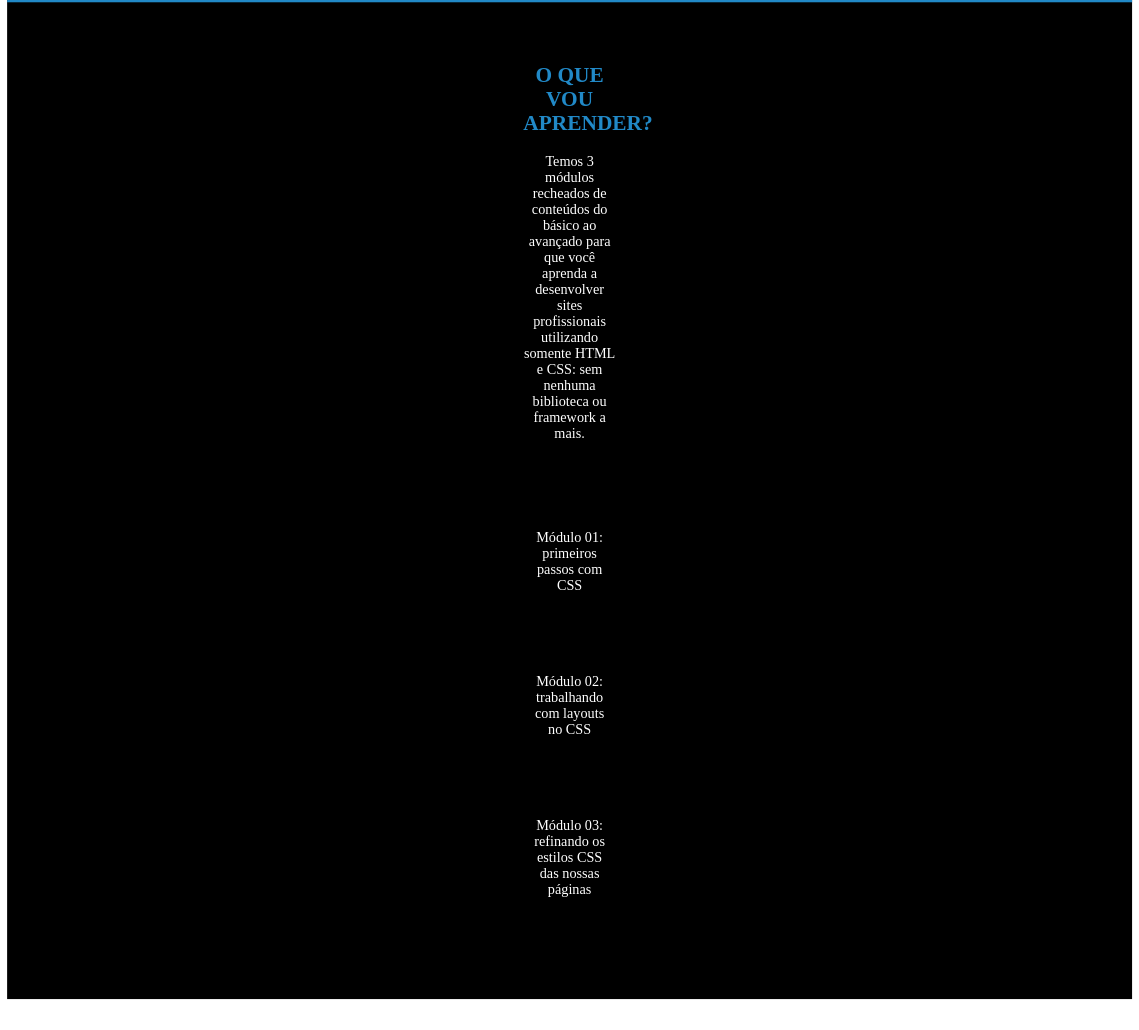
Repository: gustavotwist/trilha-css-desafio-01
Page: index.html
An editor plug-in stored every save of this project. The page is shown before and after the next save, followed by the edit.
The browser window is 1280 px wide. The pictures show the part of the page from y = 449 to 1606 px (the page is 2399 px tall before and 2741 px after), at 89% of full size.
A picture or video elsewhere on the page could not be fetched, so the positions and the page height are approximate.

Above is the page before, as saved 2024-07-15 18:50:59.

### index.html
<!DOCTYPE html>
<html lang="en">
<head>
  <meta charset="UTF-8">
  <meta http-equiv="X-UA-Compatible" content="IE=edge">
  <meta name="viewport" content="width=device-width, initial-scale=1.0">
  <title>Trilha de CSS - DIO</title>
  <link rel="stylesheet" href="global.css">
</head>
<body>
  <header class="banner">
    <div class="banner-content">
      <div class="logo">
        <img src="assets/images/logo.png" title="Logotipo Trilha de CSS DIO" alt="Logotipo Trilha de CSS DIO">
      </div>
      <h1>Trilha de CSS da DIO</h1>
      <p>A nova Trilha de CSS da DIO está disponível. Acesse já e aprenda do zero como desenvolver sites profissionais.</p>
      <button>Quero me inscrever</button>
    </div>
  </header>
  <main>
    <section id="course-content">
      <h2>O que vou aprender?</h2>
      <p>
        Temos 3 módulos recheados de conteúdos do básico ao avançado para que você aprenda a
        desenvolver sites profissionais utilizando somente HTML e CSS: sem nenhuma biblioteca ou framework a mais.
      </p>
      <div class="modules-list">
        <div class="module">
          <span>Módulo 01:</span> primeiros passos com CSS
        </div>
        <div class="module">
          <span>Módulo 02:</span> trabalhando com layouts no CSS
        </div>
        <div class="module">
          <span>Módulo 03:</span> refinando os estilos CSS das nossas páginas
        </div>
      </div>
    </section>
    <section id="transform-world">
      <p>TRANSFORME O MUNDO COM A GENTE</p>
    </section>
    <section id="professional-challenges">
      <h2>Evolua e encare novos desafios profissionais</h2>
      <img src="assets/images/professional-challenges.png" title="Homem lendo depoimentos em um tablet" alt="Homem lendo depoimentos em um tablet">
      <p>
        Junte-se ao nosso ecossistema e transforme o mundo com a gente! Todos os dias dezenas de empresas
        acessam a nossa plataforma em busca dos talentos mais criativos, dinâmicos e colaborativos,
        além do conhecimento técnico.
        A nossa missão é te preparar para que você conecte-se com as melhores oportunidades.
      </p>
    </section>
  </main>
  <footer>
    <img class="dio-logo" src="assets/images/dio-logo.png" title="Logotipo DIO com o texto make the change" alt="Logotipo DIO com o texto make the change">
    <p>Acesse <a href="https://dio.me">dio.me</a> e se cadastre agora</p>
  </footer>
</body>
</html>

### global.css
.banner {
    background:url('/assets/images/banner.png'), no-repeat, linear-gradient(to bottom, #030709, #030709 10%, #0a1b23 50%, #030709 95%);
    color:white;
}

h1, h2 {
    color:#2189c7;
    text-transform:uppercase;
}

.banner-content {
    text-align:center;
    padding:70px;
    margin-bottom:30px;
}

.logo img{
    width:180px;
    radial-gradient(#030709, #061216);
}

button {
   background-color:transparent;
   color:#2189c7;
   border:solid #2189c7;
   padding:1em;
   width:22em;
   text-transform:uppercase;
   word-spacing:2px;
}

#course-content{
    border-top: solid  #2189c7;
    margin-top: -30px;
    padding:50px 580px;
    text-align:center;
    background-color:#000000;
}

section, p{
    color: white;
}


.modules-list {
    white-space:pre-wrap;
    padding:10px;
}

After the next save:
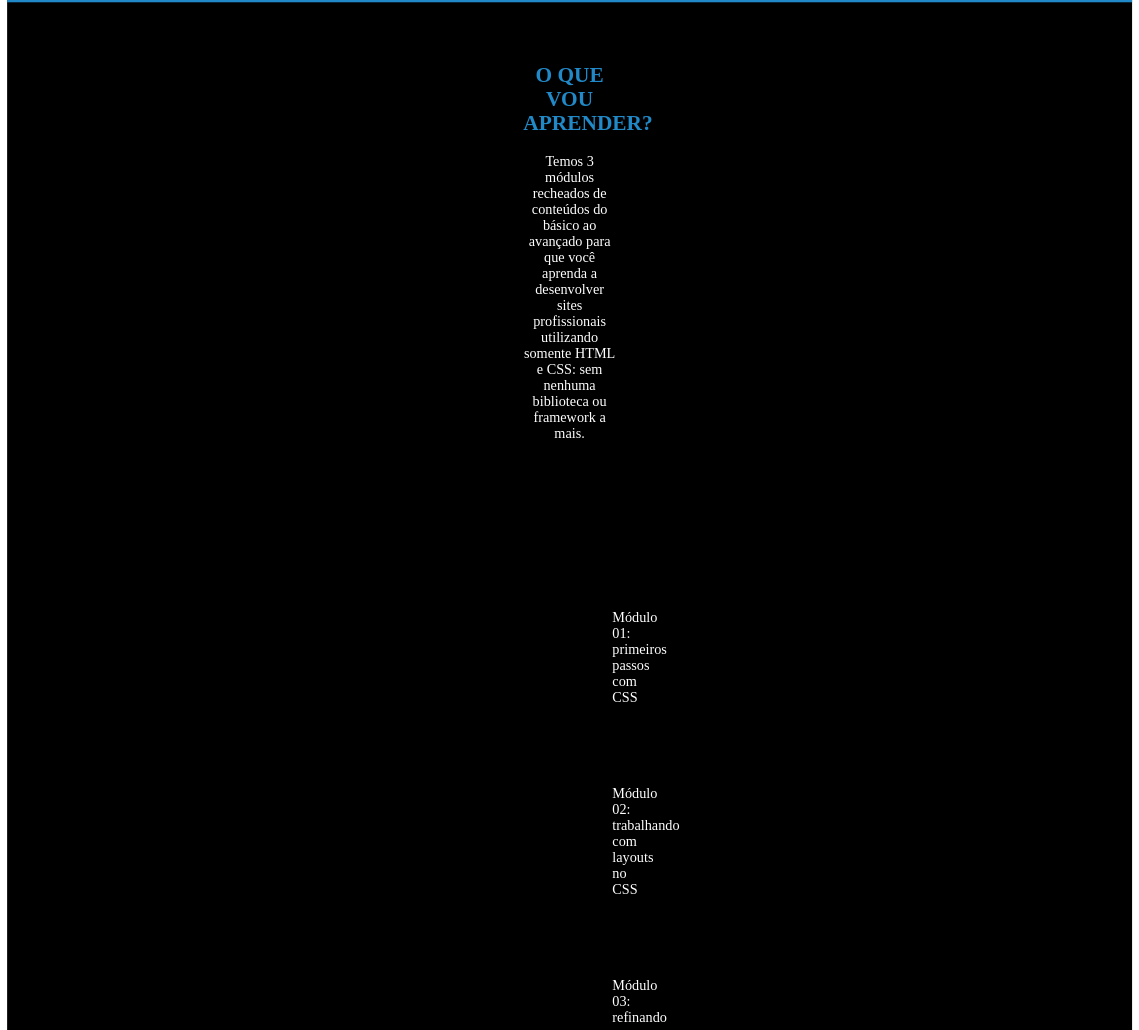
Saved 5 s later.
--- a/global.css
+++ b/global.css
@@ -44,5 +44,5 @@ section, p{
 
 .modules-list {
     white-space:pre-wrap;
-    padding:10px;
+    padding:100px;
 }
